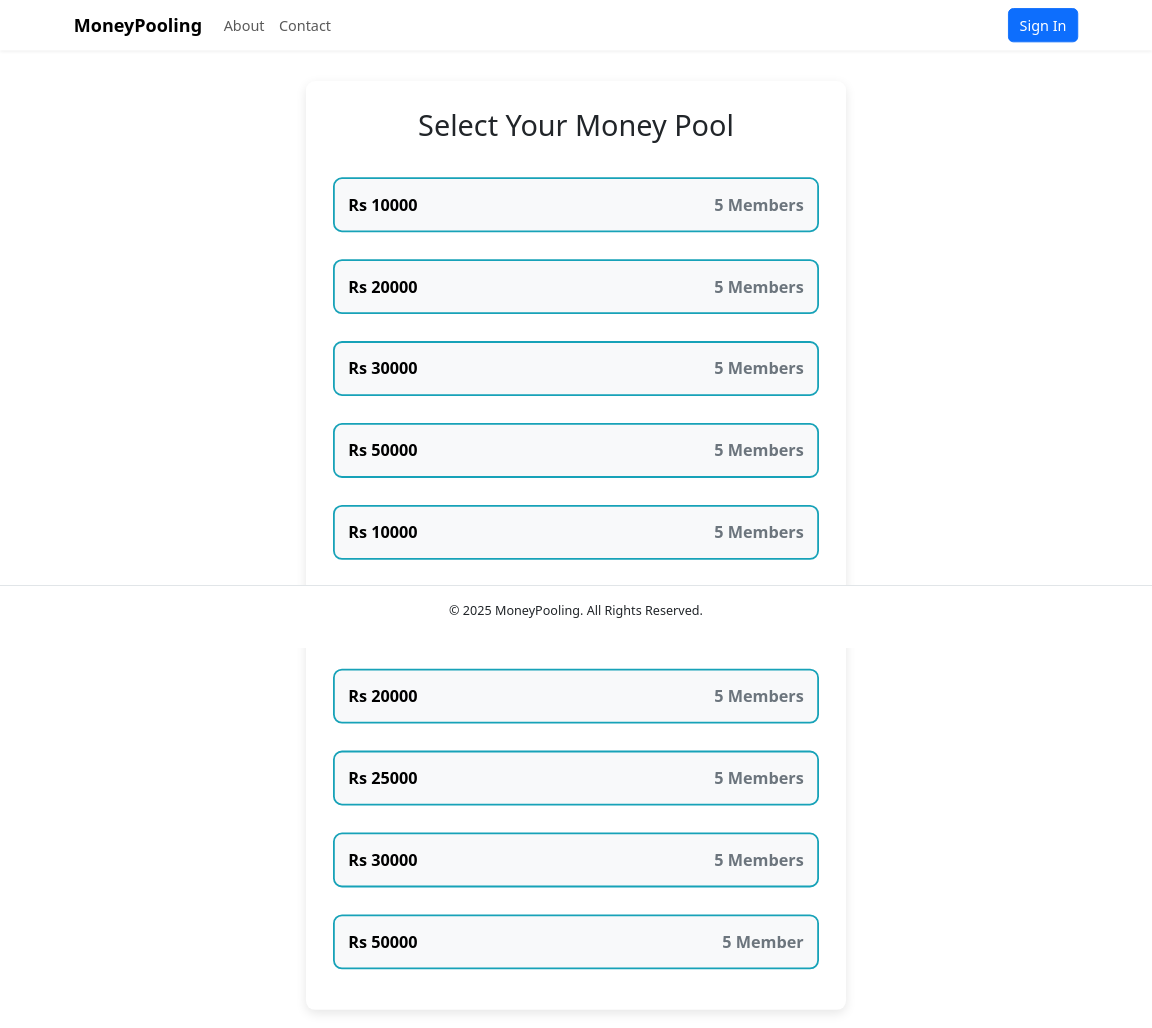
Repository: xxgautm420/MoneyPool
Page: templates/Index.html
The author's editor kept a copy of each file at every save. The page is drawn from the files as they stood at one save, then again after a run of saves.
The browser window is 1280 px wide. The pictures show the whole page, at 90% of full size.
The page is served by the project's application, run on Flask 3 (app.py). The template is opened directly, without the code that normally fills it, so the values that code supplies are empty.

Above is the page before, as saved 2025-03-03 11:37:12.

After the next 2 saves:
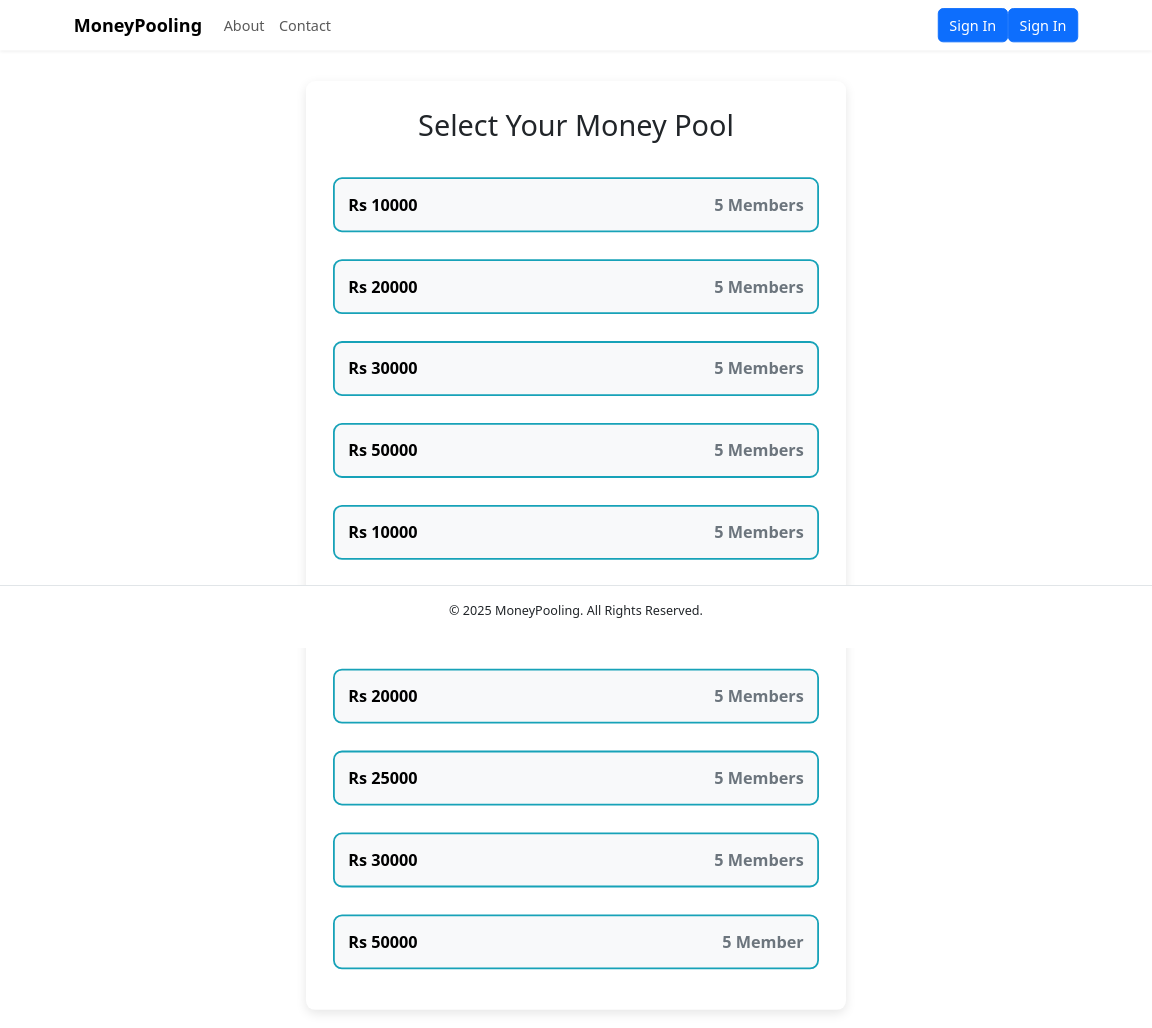
The 2 saves are shown as one change because they came seconds apart.
The last was saved 11 h 32 min later.
--- a/templates/Index.html
+++ b/templates/Index.html
@@ -26,6 +26,7 @@
                         <a class="nav-link" href="#" id="contactLink">Contact</a>
                     </li>
                 </ul>
+                <button id="signInButton" class="btn btn-primary">Sign In</button>
                 <button id="signInButton" class="btn btn-primary">Sign In</button>
 
         <div id="aboutFormContainer" class="about-container" style="display: none;">
